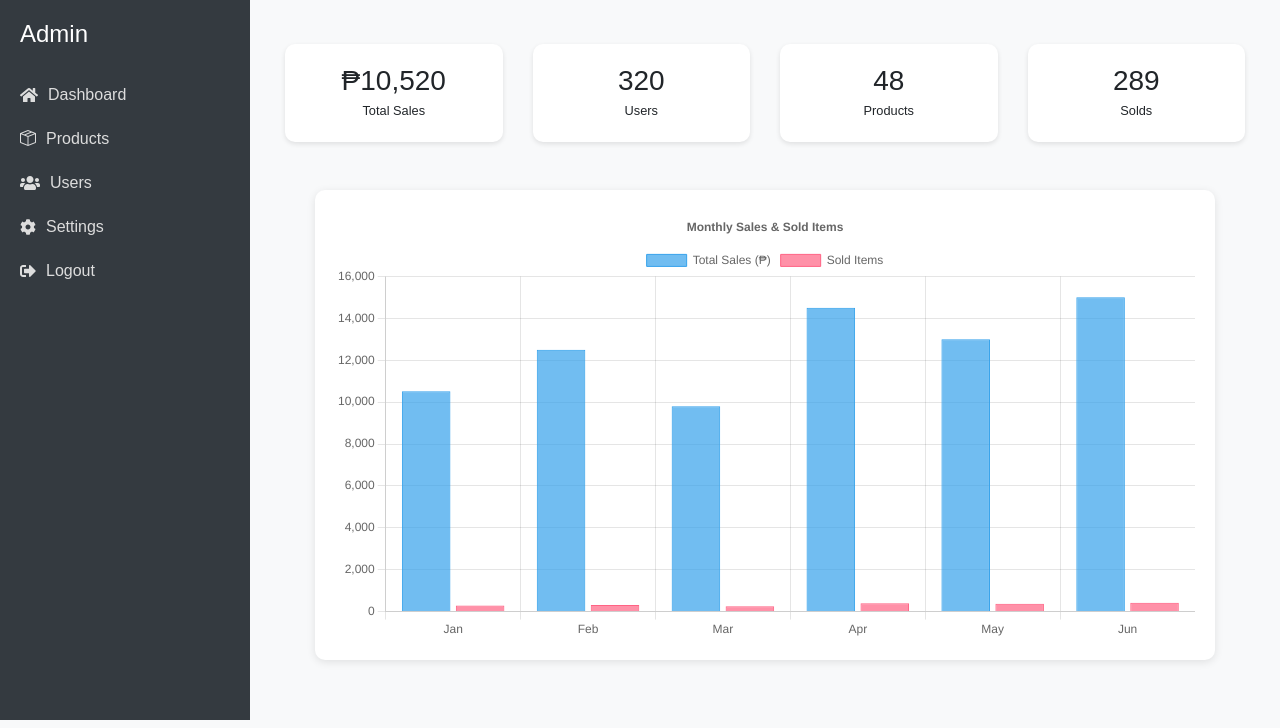
Repository: Darkrepo23/Ecommerce-Manalastas-project
Page: admin/Product-list.html
The author's editor kept a copy of each file at every save. The page is drawn from the files as they stood at one save, then again after the next save.
The browser window is 1280 px wide. The pictures show the whole page.

Above is the page before, as saved 2026-01-06 09:39:25.

After the next save:
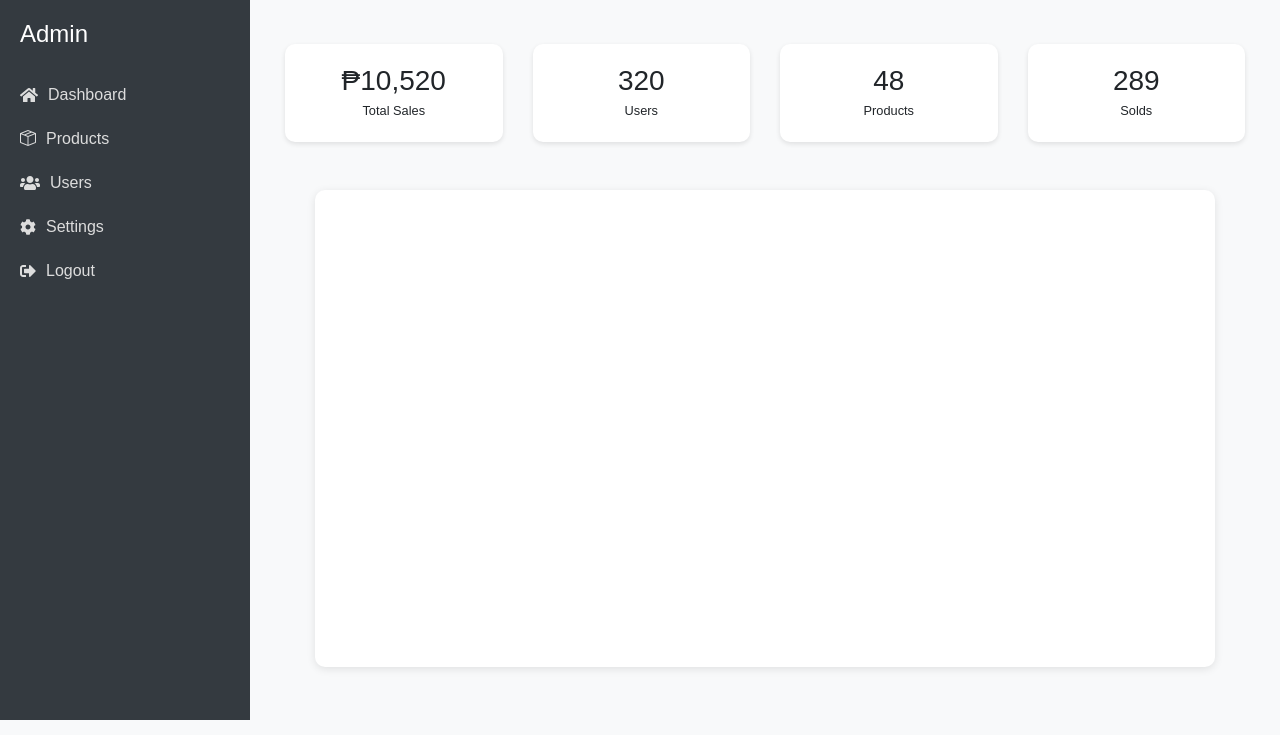
Saved 7 s later.
--- a/admin/Product-list.html
+++ b/admin/Product-list.html
@@ -200,53 +200,6 @@
 
     </div>
     <script src="https://cdn.jsdelivr.net/npm/chart.js"></script>
-    <script>
-        function toggleSidebar() {
-            document.getElementById("sidebar").classList.toggle("active");
-        }
-
-        const ctx = document.getElementById('salesChart').getContext('2d');
-
-        const salesChart = new Chart(ctx, {
-            type: 'bar', // can be 'line', 'pie', etc.
-            data: {
-                labels: ['Jan', 'Feb', 'Mar', 'Apr', 'May', 'Jun'], // example months
-                datasets: [
-                    {
-                        label: 'Total Sales (₱)',
-                        data: [10520, 12500, 9800, 14500, 13000, 15000],
-                        backgroundColor: 'rgba(54, 162, 235, 0.7)',
-                        borderColor: 'rgba(54, 162, 235, 1)',
-                        borderWidth: 1
-                    },
-                    {
-                        label: 'Sold Items',
-                        data: [289, 320, 250, 400, 380, 420],
-                        backgroundColor: 'rgba(255, 99, 132, 0.7)',
-                        borderColor: 'rgba(255, 99, 132, 1)',
-                        borderWidth: 1
-                    }
-                ]
-            },
-            options: {
-                responsive: true,
-                plugins: {
-                    legend: {
-                        position: 'top',
-                    },
-                    title: {
-                        display: true,
-                        text: 'Monthly Sales & Sold Items'
-                    }
-                },
-                scales: {
-                    y: {
-                        beginAtZero: true
-                    }
-                }
-            }
-        });
-    </script>
 
 </body>
 
